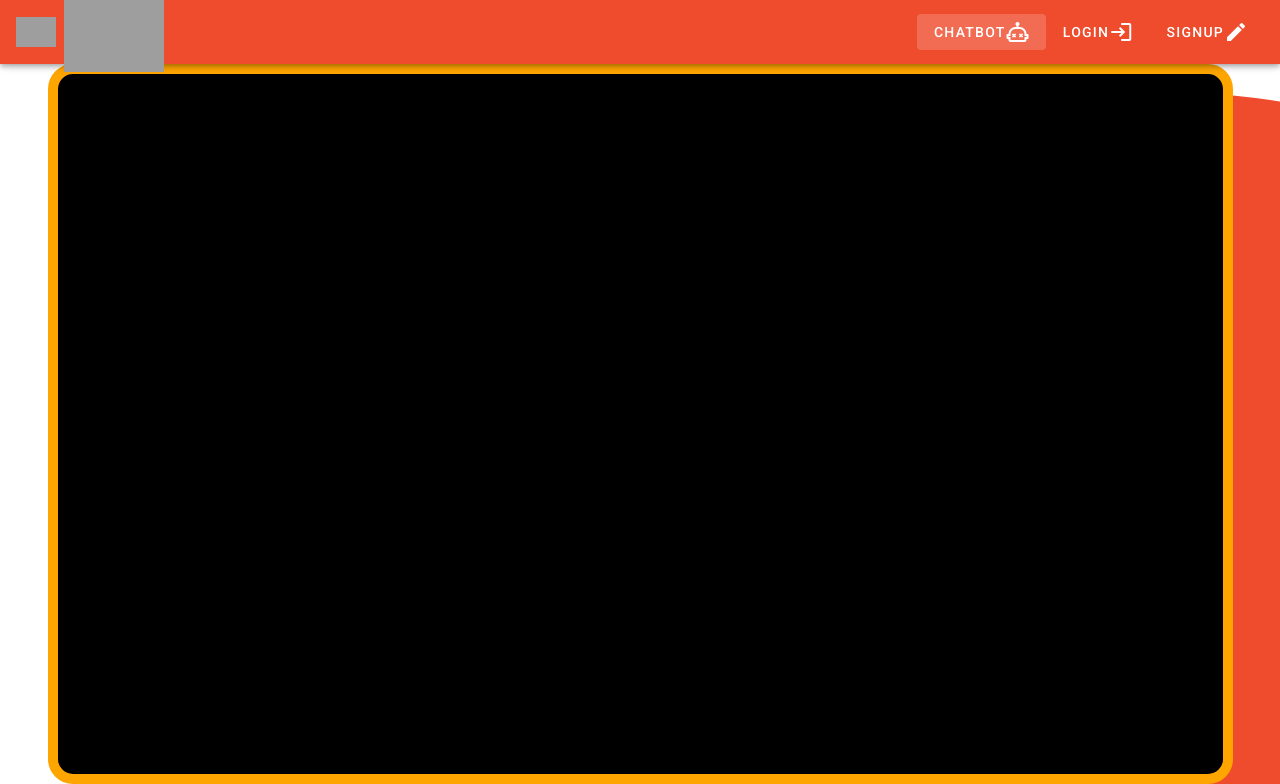
Repository: atout811/pyTorch-Hackathon
Page: /chatbot (app in frontend/)
An editor plug-in stored every save of this project. The page is shown before and after the next save, followed by the edit.
The browser window is 1280 px wide. The pictures show the whole page.
Pictures or frames that could not be fetched are drawn as grey boxes. The project was rebuilt for these pictures with package versions that can differ from the ones it lists, and the page was loaded fresh each time. Also part of the build but not shown: frontend/vue.config.js, frontend/src/views/Home.vue.

Above is the page before, as saved 2021-10-21 14:50:41.

After the next save:
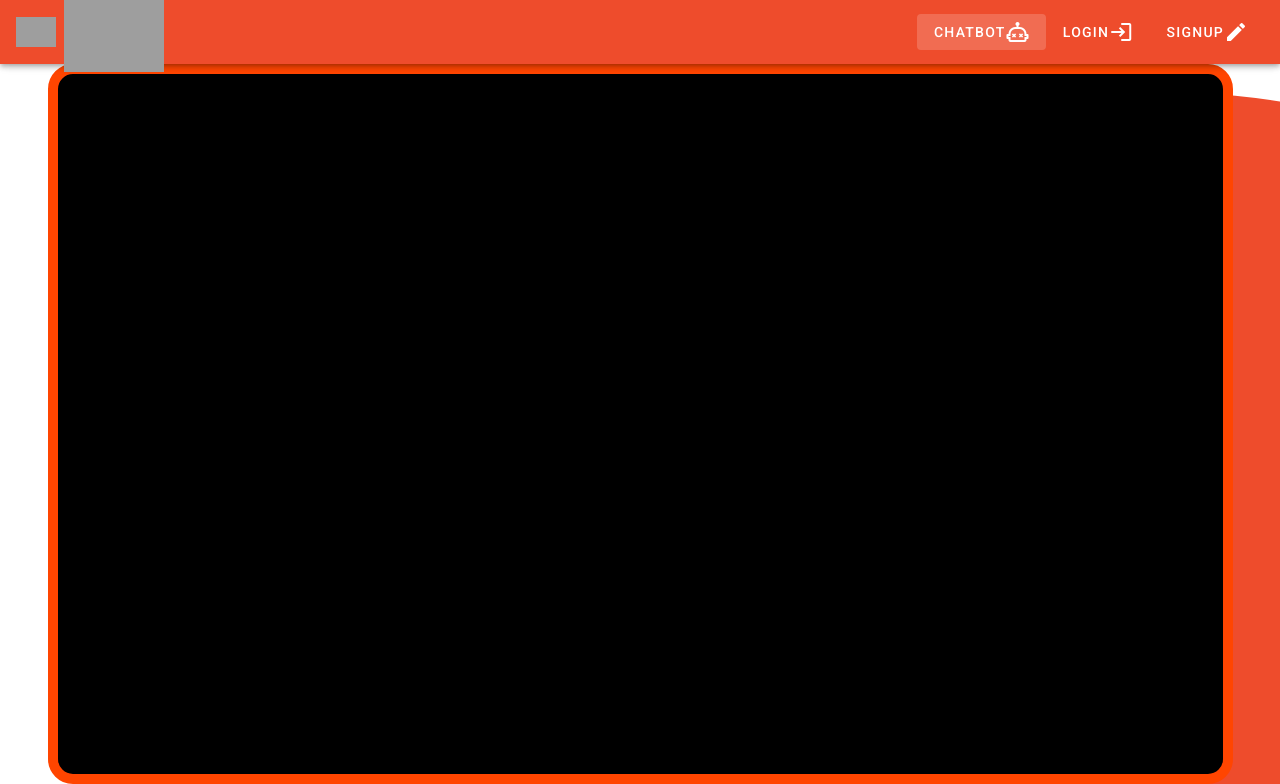
Saved 6 s later.
--- a/frontend/src/views/Chatbot.vue
+++ b/frontend/src/views/Chatbot.vue
@@ -20,6 +20,6 @@ export default {
   /* margin: 10px; */
   background-color: black;
   border-radius: 25px;
-  border: 10px solid orange;
+  border: 10px solid orangered;
 }
 </style>
